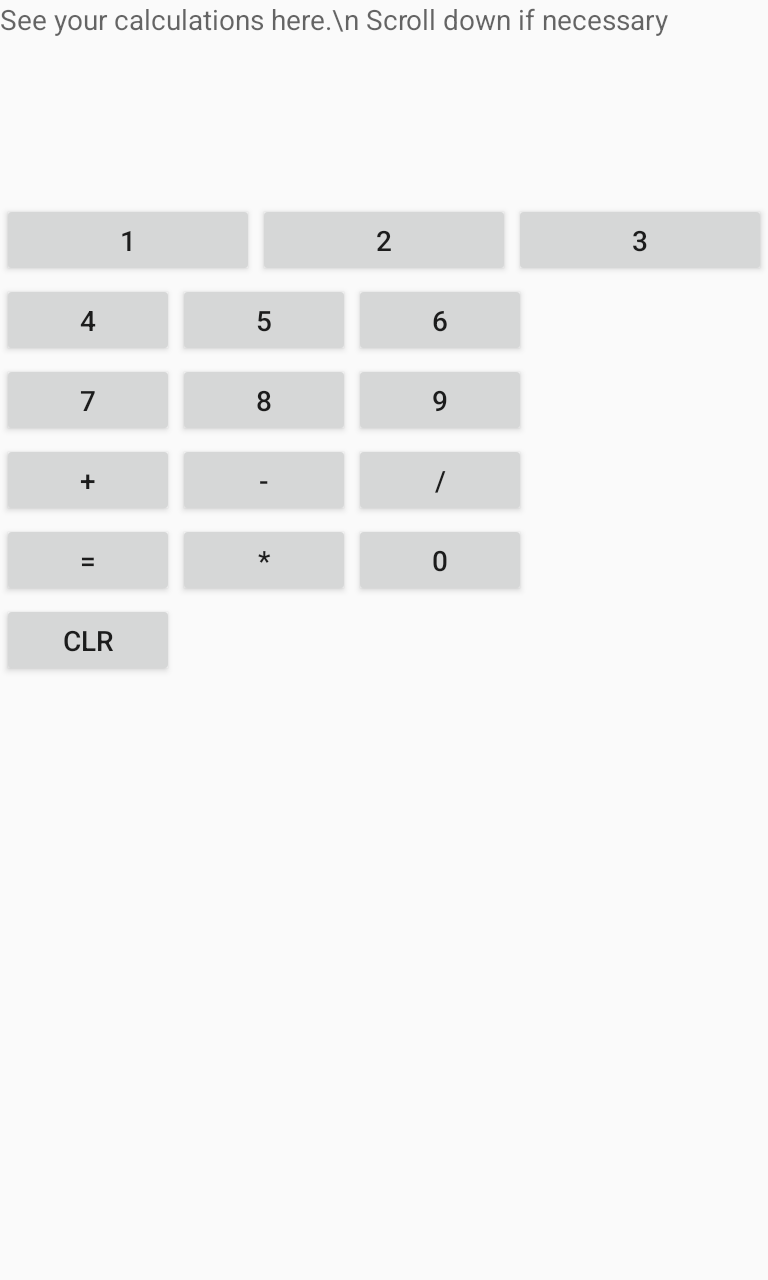
Repository: apoorvelec/AndroidApps
Layout: Calculator1pt1/res/layout/activity_main.xml
These files come from the project's save history. The layout is drawn as it stood at one moment and after the next save; the edit follows.
It is drawn on a 768 x 1280 px phone screen (xhdpi) without system bars, with theme AppTheme; the app's code is not run.

Above is the layout before, as saved 2016-05-22 18:03:32.

### Calculator1pt1/res/layout/activity_main.xml
<?xml version="1.0" encoding="utf-8"?>
<LinearLayout xmlns:android="http://schemas.android.com/apk/res/android"
   android:layout_width="fill_parent"
   android:layout_height="fill_parent"
   android:orientation="vertical" >

   <!--This is the Calculator's topmost output screen  -->
   <TextView android:id="@+id/text"
      android:layout_width="wrap_content"
      android:layout_height="100dp"
      android:hint="See your calculations here.\n Scroll down if necessary"
      android:scrollbars="vertical" />

   <!-- More GUI components go here  -->
   <LinearLayout android:layout_width="fill_parent"
   android:layout_height="40dp"
   android:orientation="horizontal"
   android:weightSum="3" >
   	<Button android:id="@+id/button1"
      android:layout_width="wrap_content"
      android:layout_height="wrap_content"
      android:text="1"
      android:layout_weight="1"
      android:onClick="buttonClick" />
   	<Button android:id="@+id/button2"
      android:layout_width="wrap_content"
      android:layout_height="wrap_content"
      android:text="2"
      android:layout_weight="1"
      android:onClick="buttonClick" />
   	<Button android:id="@+id/button3"
      android:layout_width="wrap_content"
      android:layout_height="wrap_content"
      android:text="3"
      android:layout_weight="1"
      android:onClick="buttonClick" />
   </LinearLayout>

   <LinearLayout android:layout_width="fill_parent"
   android:layout_height="40dp"
   android:orientation="horizontal" >
   	<Button android:id="@+id/button4"
      android:layout_width="wrap_content"
      android:layout_height="wrap_content"
      android:text="4"
      android:onClick="buttonClick" />
   	<Button android:id="@+id/button5"
      android:layout_width="wrap_content"
      android:layout_height="wrap_content"
      android:text="5"
      android:onClick="buttonClick" />
   	<Button android:id="@+id/button6"
      android:layout_width="wrap_content"
      android:layout_height="wrap_content"
      android:text="6"
      android:onClick="buttonClick" />
   </LinearLayout>

   <LinearLayout android:layout_width="fill_parent"
   android:layout_height="40dp"
   android:orientation="horizontal" >
   	<Button android:id="@+id/button7"
      android:layout_width="wrap_content"
      android:layout_height="wrap_content"
      android:text="7"
      android:onClick="buttonClick" />
   	<Button android:id="@+id/button8"
      android:layout_width="wrap_content"
      android:layout_height="wrap_content"
      android:text="8"
      android:onClick="buttonClick" />
   	<Button android:id="@+id/button9"
      android:layout_width="wrap_content"
      android:layout_height="wrap_content"
      android:text="9"
      android:onClick="buttonClick" />
   </LinearLayout>

   <LinearLayout android:layout_width="fill_parent"
   android:layout_height="40dp"
   android:orientation="horizontal" >
   	<Button android:id="@+id/button10"
      android:layout_width="wrap_content"
      android:layout_height="wrap_content"
      android:text="+"
      android:onClick="buttonClick" />
   	<Button android:id="@+id/button11"
      android:layout_width="wrap_content"
      android:layout_height="wrap_content"
      android:text="-"
      android:onClick="buttonClick" />
   	<Button android:id="@+id/button12"
      android:layout_width="wrap_content"
      android:layout_height="wrap_content"
      android:text="/"
      android:onClick="buttonClick" />
   </LinearLayout>

   <LinearLayout android:layout_width="fill_parent"
   android:layout_height="40dp"
   android:orientation="horizontal" >
   	<Button android:id="@+id/button13"
      android:layout_width="wrap_content"
      android:layout_height="wrap_content"
      android:text="="
      android:onClick="outputResult" />
   	<Button android:id="@+id/button14"
      android:layout_width="wrap_content"
      android:layout_height="wrap_content"
      android:text="*"
      android:onClick="buttonClick" />
   	<Button android:id="@+id/button15"
      android:layout_width="wrap_content"
      android:layout_height="wrap_content"
      android:text="0"
      android:onClick="buttonClick" />
   </LinearLayout>
   <LinearLayout android:layout_width="fill_parent"
   android:layout_height="40dp"
   android:orientation="horizontal" >
       <Button android:id="@+id/button16"
           android:layout_width="wrap_content"
           android:layout_height="wrap_content"
           android:text="CLR"
           android:onClick="buttonClick"/>
   </LinearLayout>
</LinearLayout>

Loaded but not shown: Calculator1pt1/res/values/styles.xml (common file); Calculator1pt1/res/values-v11/styles.xml (common file); Calculator1pt1/res/values-v14/styles.xml (common file)

After the next save:
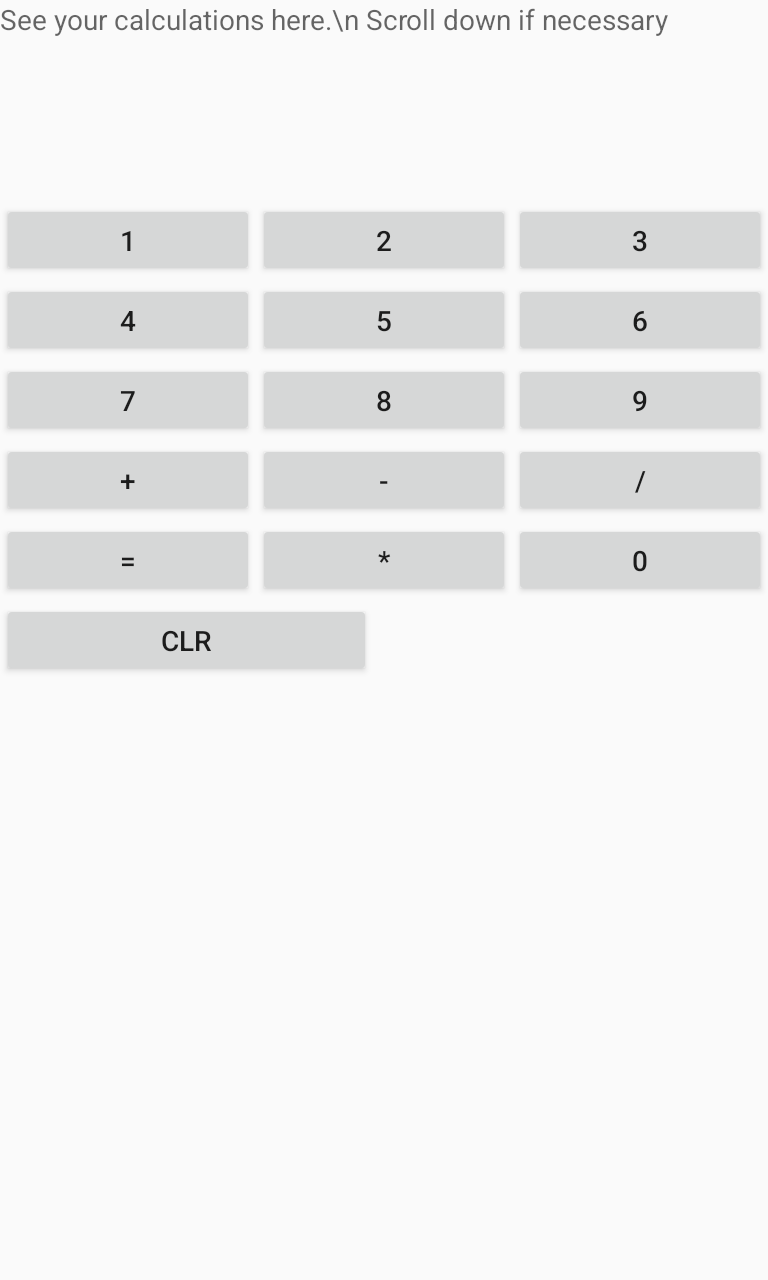
Saved 3 min 39 s later.
--- a/Calculator1pt1/res/layout/activity_main.xml
+++ b/Calculator1pt1/res/layout/activity_main.xml
@@ -38,90 +38,108 @@
 
    <LinearLayout android:layout_width="fill_parent"
    android:layout_height="40dp"
+   android:weightSum="3"
    android:orientation="horizontal" >
    	<Button android:id="@+id/button4"
       android:layout_width="wrap_content"
       android:layout_height="wrap_content"
       android:text="4"
+      android:layout_weight="1"
       android:onClick="buttonClick" />
    	<Button android:id="@+id/button5"
       android:layout_width="wrap_content"
       android:layout_height="wrap_content"
       android:text="5"
+      android:layout_weight="1"
       android:onClick="buttonClick" />
    	<Button android:id="@+id/button6"
       android:layout_width="wrap_content"
       android:layout_height="wrap_content"
       android:text="6"
+      android:layout_weight="1"
       android:onClick="buttonClick" />
    </LinearLayout>
 
    <LinearLayout android:layout_width="fill_parent"
    android:layout_height="40dp"
+   android:weightSum="3"
    android:orientation="horizontal" >
    	<Button android:id="@+id/button7"
       android:layout_width="wrap_content"
       android:layout_height="wrap_content"
       android:text="7"
+      android:layout_weight="1"
       android:onClick="buttonClick" />
    	<Button android:id="@+id/button8"
       android:layout_width="wrap_content"
       android:layout_height="wrap_content"
       android:text="8"
+      android:layout_weight="1"
       android:onClick="buttonClick" />
    	<Button android:id="@+id/button9"
       android:layout_width="wrap_content"
       android:layout_height="wrap_content"
       android:text="9"
+      android:layout_weight="1"
       android:onClick="buttonClick" />
    </LinearLayout>
 
    <LinearLayout android:layout_width="fill_parent"
    android:layout_height="40dp"
+   android:weightSum="3"
    android:orientation="horizontal" >
    	<Button android:id="@+id/button10"
       android:layout_width="wrap_content"
       android:layout_height="wrap_content"
       android:text="+"
+      android:layout_weight="1"
       android:onClick="buttonClick" />
    	<Button android:id="@+id/button11"
       android:layout_width="wrap_content"
       android:layout_height="wrap_content"
       android:text="-"
+      android:layout_weight="1"
       android:onClick="buttonClick" />
    	<Button android:id="@+id/button12"
       android:layout_width="wrap_content"
       android:layout_height="wrap_content"
       android:text="/"
+      android:layout_weight="1"
       android:onClick="buttonClick" />
    </LinearLayout>
 
    <LinearLayout android:layout_width="fill_parent"
    android:layout_height="40dp"
+   android:weightSum="3"
    android:orientation="horizontal" >
    	<Button android:id="@+id/button13"
       android:layout_width="wrap_content"
       android:layout_height="wrap_content"
       android:text="="
+      android:layout_weight="1"
       android:onClick="outputResult" />
    	<Button android:id="@+id/button14"
       android:layout_width="wrap_content"
       android:layout_height="wrap_content"
       android:text="*"
+      android:layout_weight="1"
       android:onClick="buttonClick" />
    	<Button android:id="@+id/button15"
       android:layout_width="wrap_content"
       android:layout_height="wrap_content"
       android:text="0"
+      android:layout_weight="1"
       android:onClick="buttonClick" />
    </LinearLayout>
    <LinearLayout android:layout_width="fill_parent"
    android:layout_height="40dp"
+   android:weightSum="3"
    android:orientation="horizontal" >
        <Button android:id="@+id/button16"
            android:layout_width="wrap_content"
            android:layout_height="wrap_content"
            android:text="CLR"
+           android:layout_weight="1"
            android:onClick="buttonClick"/>
    </LinearLayout>
 </LinearLayout>
